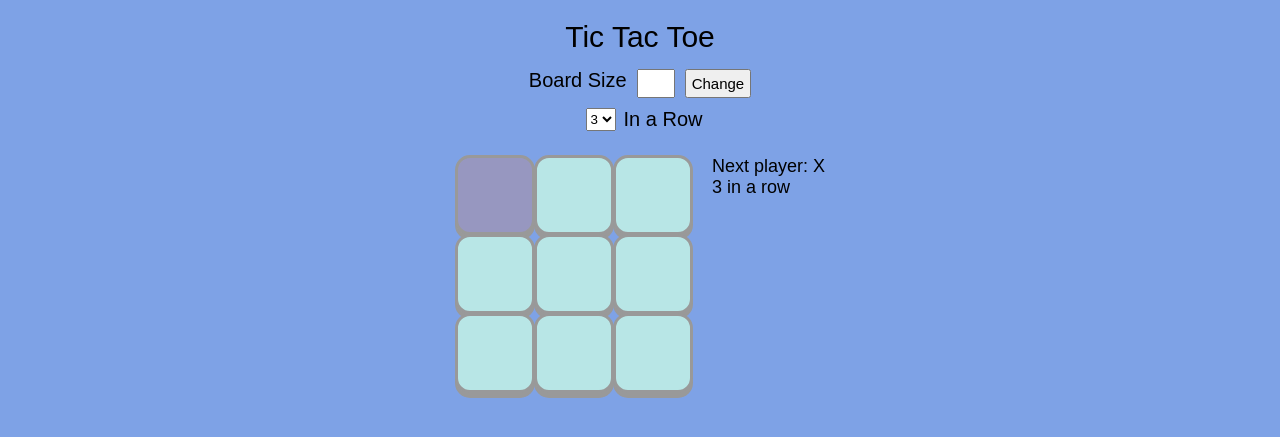
Repository: yshong211/tic-tac-toe-0708
Page: /
The author's editor kept a copy of each file at every save. The page is drawn from the files as they stood at one save, then again after the next save.
The browser window is 1280 px wide. The pictures show the whole page.
The pointer rests on the first visible `.square`.
The project was rebuilt for these pictures with package versions that can differ from the ones it lists, and the page was loaded fresh each time.

Above is the page before, as saved 2020-07-09 10:25:26.

### src/index.jsx
import React from 'react';
import ReactDOM from 'react-dom';
import './index.css';
import GetDim from './components/getDim/getDim';

// ========================================

// renders the game component to element

ReactDOM.render(<GetDim />, document.getElementById('root'));

### src/index.css
body {
  font: 18px 'Century Gothic', Futura, sans-serif; /* size, font */
  margin: 20px; /* space outside of border */
  background-color: rgb(126, 162, 230);
}

form {
  margin-bottom: 20px;
}

ol,
ul {
  padding-left: 30px; /* space b/t left border to content */
}

.board-row:after {
  clear: both;
  content: '';
  display: table;
}

.status {
  margin-bottom: 10px;
}


.square:focus {
  outline: none;
}

.kbd-navigation .square:focus {
  background: #ddd;
}

### src/components/getDim/getDim.jsx
import React from 'react';
import Game from '../game/game';
import './getDim.css';

export default class GetDim extends React.Component {
  constructor(props) {
    super(props);
    this.state = { rows: 3, winning: 3, board: [] };
    this.handleInputChange = this.handleInputChange.bind(this);
    this.handleClick = this.handleClick.bind(this);
  }

  handleInputChange(event) {
    const value = event.target.value;
    const name = event.target.name;
    this.setState({
      [name]: value,
    });
  }

  handleClick(e) {
    e.preventDefault();
    if (window.confirm('It will refresh the game! Continue?')) {
      if (this.refs.rows.value < 3 || this.refs.rows.value > 10) {
        alert('3-10 only');
      } else {
        this.setState({
          rows: this.refs.rows.value,
          board: [],
        });
      }
    }
  }

  how_many(rows) {
    let how = [];
    for (let i = 3; i <= rows; i++) {
      how.push(<option value={i}>{i}</option>);
    }
    return how;
  }

  render() {
    return (
      <div className="submission">
        <div className="game_name">Tic Tac Toe</div>
        <form>
          <label className="size">
            Board Size
            <br />
            <input ref="rows" type="number" />
            <button
              className="submit"
              onClick={(e) => {
                this.handleClick(e);
              }}
            >
              Change
            </button>
          </label>
        </form>

        <label className="win">
          <select
            className="win_select"
            name="winning"
            value={this.state.winning}
            onChange={this.handleInputChange}
          >
            {this.how_many(this.state.rows)}
          </select>
          In a Row
          <br />
        </label>

        <Game
          rows={parseInt(this.state.winning)}
          board_rows={parseInt(this.state.rows)}
          board={this.state.board}
        />
      </div>
    );
  }
}

### src/components/game/game.jsx
import React from 'react';
import Board from '../board/board';
import './game.css';

export default class Game extends React.Component {
  constructor(props) {
    super(props);
    this.state = {
      history: [], // track the last index
      stepNumber: 0, // count var
      xIsNext: true,
    };
  }

  hor(squares, row_length, count, x, o) {
    let index = 0;
    for (let i = 0; i < this.props.board_rows; i++) {
      for (let j = 0; j < this.props.board_rows; j++) {
        if (squares[index] === 'X') {
          x++;
          o = 0;
          count++;
        } else if (squares[index] === 'O') {
          o++;
          x = 0;
          count++;
        } else {
          count = 0;
        }
        index++;
        if (o >= row_length && count >= row_length) {
          return 'O';
        }
        if (x >= row_length && count >= row_length) {
          return 'X';
        }
      }
      x = 0;
      o = 0;
    }
  }

  vert(squares, row_length, count, x, o) {
    for (let i = 0; i < this.props.board_rows; i++) {
      for (
        let j = i;
        j < this.props.board_rows ** 2;
        j += this.props.board_rows
      ) {
        if (squares[j] === 'X') {
          x++;
          o = 0;
          count++;
        } else if (squares[j] === 'O') {
          o++;
          x = 0;
          count++;
        } else {
          count = 0;
        }
        if (o >= row_length && count >= row_length) {
          return 'O';
        }
        if (x >= row_length && count >= row_length) {
          return 'X';
        }
      }
      x = 0;
      o = 0;
    }
  }

  cross(squares, row_length, count, x, o) {
    //let track = 1;
    //let rows = this.props.board_rows;
    for (let i = row_length - 1; i < row_length ** 2 - 1; i += row_length - 1) {
      if (squares[i] === 'X') {
        x++;
      }
      if (squares[i] === 'O') {
        o++;
      }
      count++;
    }
    if (o === row_length) {
      return 'O';
    }
    if (x === row_length) {
      return 'X';
    }
    o = 0;
    x = 0;

    for (let j = row_length - 1; j < row_length ** 2 - 1; j += row_length - 1) {
      if (squares[j] === 'X') {
        x++;
      }
      if (squares[j] === 'O') {
        o++;
      }
      count++;
    }
    if (o === row_length) {
      return 'O';
    }
    if (x === row_length) {
      return 'X';
    }
    o = 0;
    x = 0;
  }

  calculateWinner(squares, rows) {
    const count = 0;
    const x = 0;
    const o = 0;
    if (
      this.hor(squares, rows, count, x, o) === 'O' ||
      this.hor(squares, rows, count, x, o) === 'X'
    ) {
      return this.hor(squares, rows, count, x, o);
    } else if (
      this.vert(squares, rows, count, x, o) === 'O' ||
      this.vert(squares, rows, count, x, o) === 'X'
    ) {
      return this.vert(squares, rows, count, x, o);
    } else if (
      this.cross(squares, rows, count, x, o) === 'O' ||
      this.cross(squares, rows, count, x, o) === 'X'
    ) {
      return this.cross(squares, rows, count, x, o);
    }

    return null;
  }

  handleClick(i) {
    const hist = this.state.history;
    const squares = this.props.board;
    const rows = this.props.rows;
    if (this.calculateWinner(squares, rows) || squares[i]) {
      // ends the game
      return;
    }
    squares[i] = this.state.xIsNext ? 'X' : 'O';
    hist.push(i);
    this.setState({
      board: squares,
      history: hist,
      stepNumber: this.state.history.length,
      xIsNext: !this.state.xIsNext, // changes turn
    });
  }

  jumpTo(history, board, step) {
    for (let i = history.length - 1; i >= step; i--) {
      board[history.pop()] = null;
    }
    this.setState({
      stepNumber: step,
      xIsNext: step % 2 === 0,
    });
  }

  render() {
    const board = this.props.board;
    const history = this.state.history;
    const rows = this.props.rows;
    const winner = this.calculateWinner(board, rows);
    const moves = history.map((step, move) => {
      const desc = move ? 'Go to move #' + move : 'Refresh';

      return (
        <li key={move}>
          <button onClick={() => this.jumpTo(history, board, move)}>
            {desc}
          </button>
        </li>
      );
    });

    let status;
    winner
      ? (status = 'Winner: ' + winner)
      : (status = 'Next player: ' + (this.state.xIsNext ? 'X' : 'O'));

    return (
      <div className="game">
        <div className="game-board">
          <Board
            rows={this.props.board_rows}
            squares={board}
            onClick={(i) => this.handleClick(i)}
          />
        </div>
        <div className="game-info">
          <div>{status}</div>
          <div>{rows} in a row</div>
          <ol>{moves}</ol>
        </div>
      </div>
    );
  }
}

### src/components/getDim/getDim.css
input {
  margin-left: 10px;
  width: 30px;
  height: 23px;
}
select {
  margin-left: 8px;
}
form {
  margin-bottom: 10px;
}
.game_name {
  font-size:30px;
  text-align: center;
  margin-bottom:15px;
}
.submit {
  margin-left: 10px;
  padding: 3px 5px;
  font-size: 15px;

}
.size {
  display: flex;
  font-size: 20px;
  justify-content: center;
}
.win {
  display: flex;
  font-size: 20px;
  justify-content: center;
  align-content: flex-start;
  padding: 0px;
  /*margin-top: 5px;*/
}
.win_select {
  margin-right: 8px;
}

### src/components/board/board.jsx
import React from 'react';
import Square from '../square/square';

export default class Board extends React.Component {
  renderSquare(i) {
    return (
      <Square
        value={this.props.squares[i]}
        onClick={() => this.props.onClick(i)}
      />
    );
  }
  create_rq(start, end) {
    let rows = [];
    for (let i = start; i < end; i++) {
      rows.push(this.renderSquare(i));
    }
    return rows;
  }
  create_row(start) {
    let board_r = [];
    for (let i = 0; i < start; i++) {
      let new_r = i * start;
      let new_end = parseInt(new_r) + parseInt(start);
      board_r.push(
        <div className="board-row">{this.create_rq(new_r, new_end)}</div>
      );
    }
    return board_r;
  }
  render() {
    return <div>{this.create_row(this.props.rows)}</div>;
  }
}

### src/components/game/game.css
.game {
    margin-top: 25px;
    display: flex;
    flex-direction: row;
    justify-content: center;
  }

  .game-info {
    margin-left: 20px;
  }

### src/components/square/square.jsx
import React from 'react';
import './square.css'

export default function Square(props) {
  return (
    <button className="square" onClick={props.onClick}>
      {props.value}
    </button>
  );
}

### src/components/square/square.css
.square {
  display: inline-block;
  background: rgb(184, 230, 230);
  border: 3px solid #999;
  float: left;
  font-size: 60px;
  cursor: pointer;
  font-weight: bold;
  line-height: 80px;
  height: 80px;
  margin-right: -1px;
  margin-top: -1px;
  padding: 0;
  text-align: center;
  width: 80px;
  border-radius: 15px;
  box-shadow: 0 5px #999;
}

.square:hover {
  background-color: #9797c0;
}
.square:active {
  background-color: #525252;
  box-shadow: 0 5px #666;
  transform: translateY(4px);
}

Loaded but not shown: public/index.html (common file); public/manifest.json (common file)

After the next save:
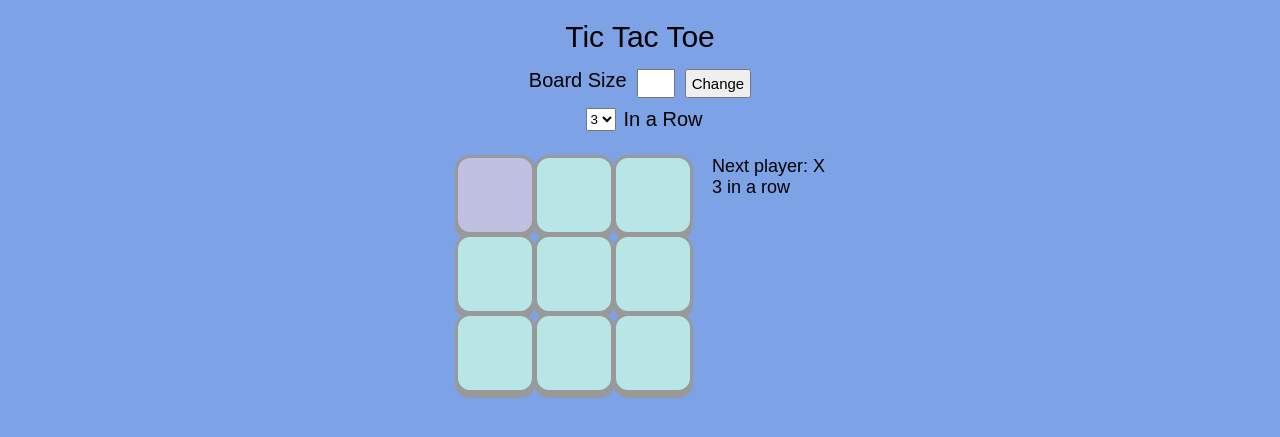
Saved 18 s later.
--- a/src/components/square/square.css
+++ b/src/components/square/square.css
@@ -18,7 +18,7 @@
 }
 
 .square:hover {
-  background-color: #9797c0;
+  background-color: #c0c0e0;
 }
 .square:active {
   background-color: #525252;
